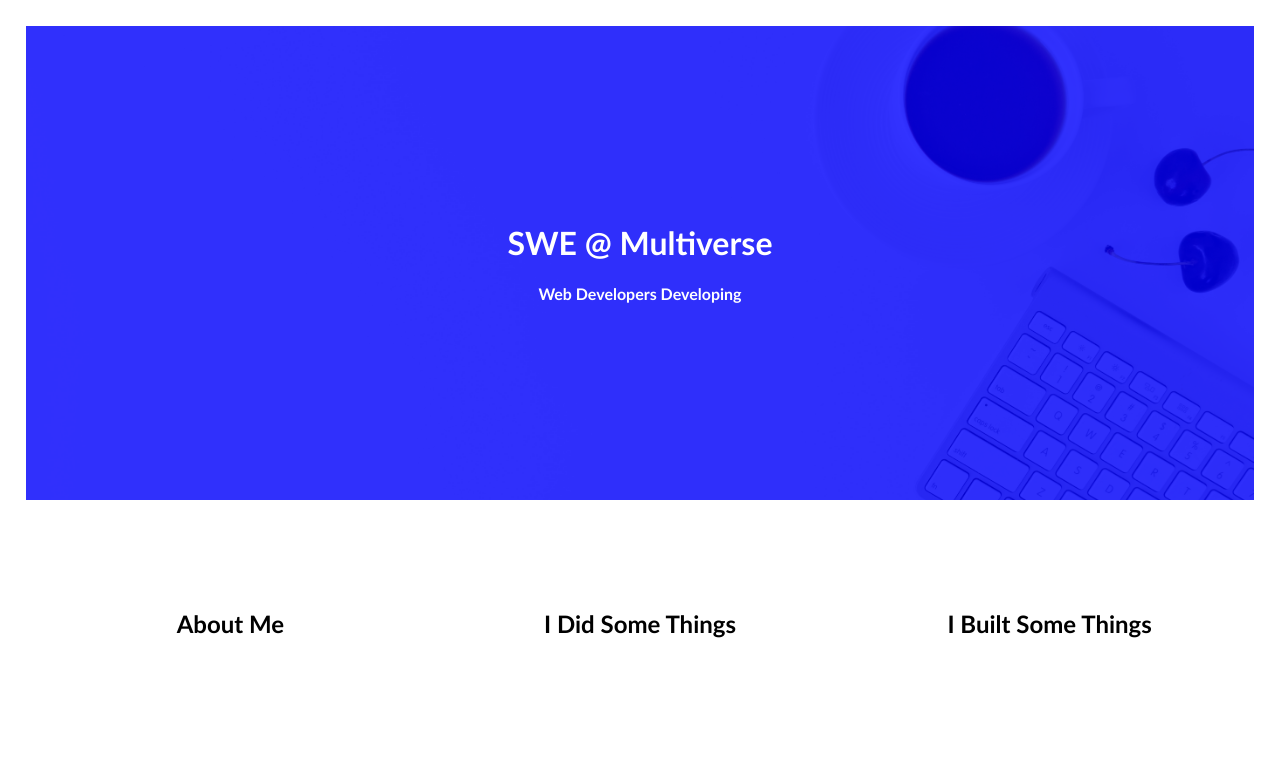
Repository: Scoofster/SWE-Flying-start-bio-website
Page: public/index.html
The author's editor kept a copy of each file at every save. The page is drawn from the files as they stood at one save, then again after the next save.
The browser window is 1280 px wide. The pictures show the whole page.

Above is the page before, as saved 2022-06-16 13:44:02.

After the next save:
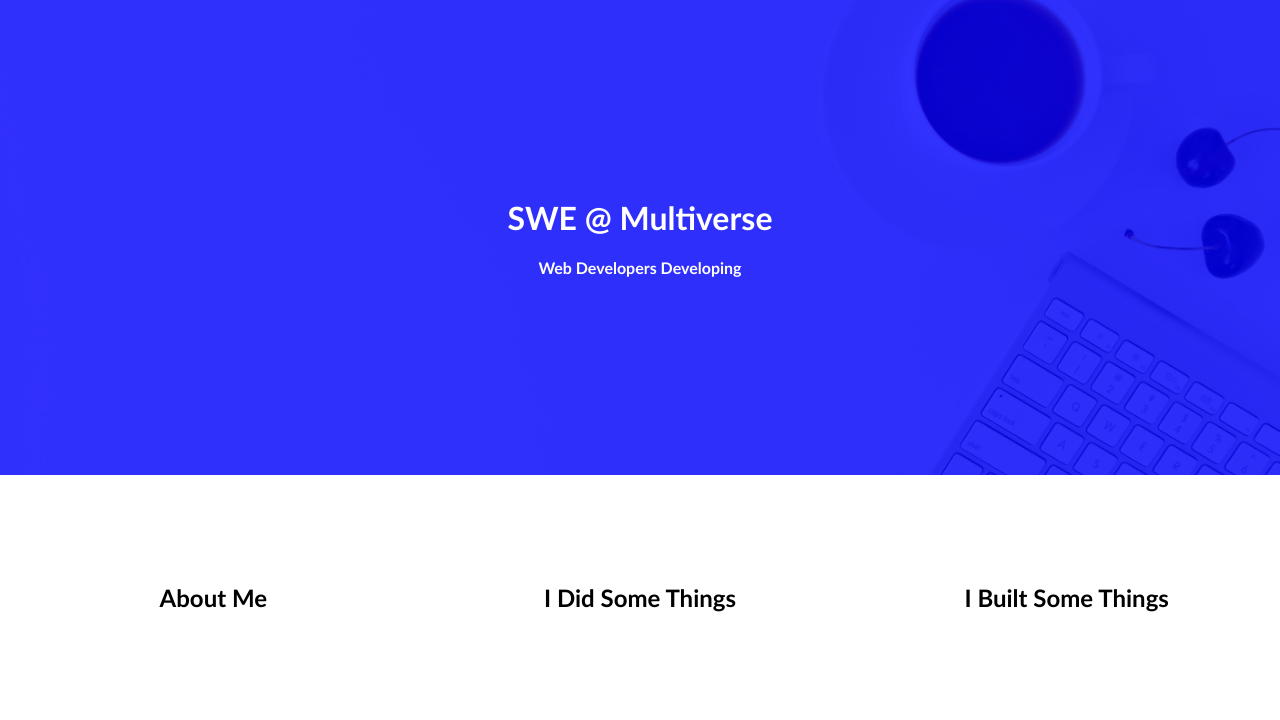
Saved 23 s later.
--- a/public/index.css
+++ b/public/index.css
@@ -7,7 +7,7 @@
 
 
 #hero {
-    margin: 2%;
+
     padding: 0%;
     display: grid;
     width: calc(100vw-30px);
